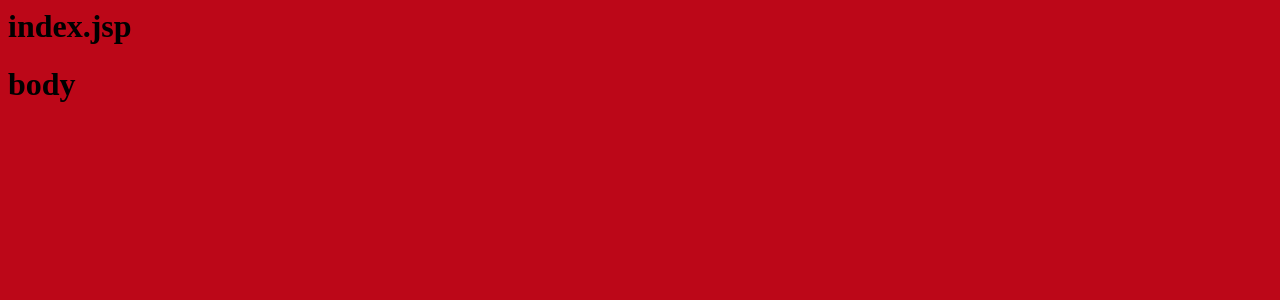
Repository: jjungee/DDIT-JSP
Page: http://localhost/JSP_sitemesh/
An editor plug-in stored every save of this project. The page is shown before and after the next save, followed by the edit.
The browser window is 1280 px wide. The pictures show the whole page.
The page is served by Tomcat 9. Nobody is signed in. The application's start-up code is not run.

Above is the page before, as saved 2020-11-06 08:03:26.

### JSP_sitemesh/WebContent/index.jsp
<%@ page language="java" contentType="text/html; charset=UTF-8"
    pageEncoding="UTF-8"%>
<%@ page trimDirectiveWhitespaces="true"%>

<head>
	<title>나정's 시스템즈</title>
	<style type="text/css">
		body{
			background: #bc0718;
		}
	</style>
</head>

<body>
	<div class="content-wrapper">
		<div class="content-header">
			<h1>index.jsp</h1>
		</div>

		<div class="content">
			<h1>body</h1>
		</div>
	</div>
	<script type="text/javascript">
		alert("점심시간~!!");
	</script>
</body>

After the next save:
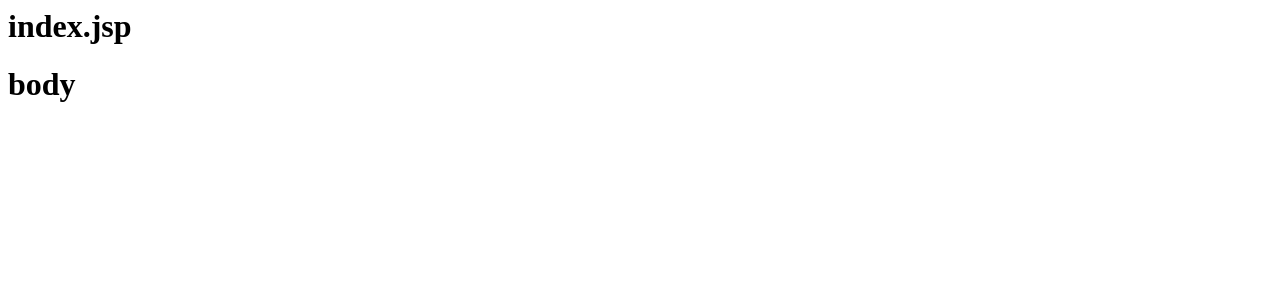
Saved 9 min 5 s later.
--- a/JSP_sitemesh/WebContent/index.jsp
+++ b/JSP_sitemesh/WebContent/index.jsp
@@ -4,11 +4,6 @@
 
 <head>
 	<title>나정's 시스템즈</title>
-	<style type="text/css">
-		body{
-			background: #bc0718;
-		}
-	</style>
 </head>
 
 <body>
